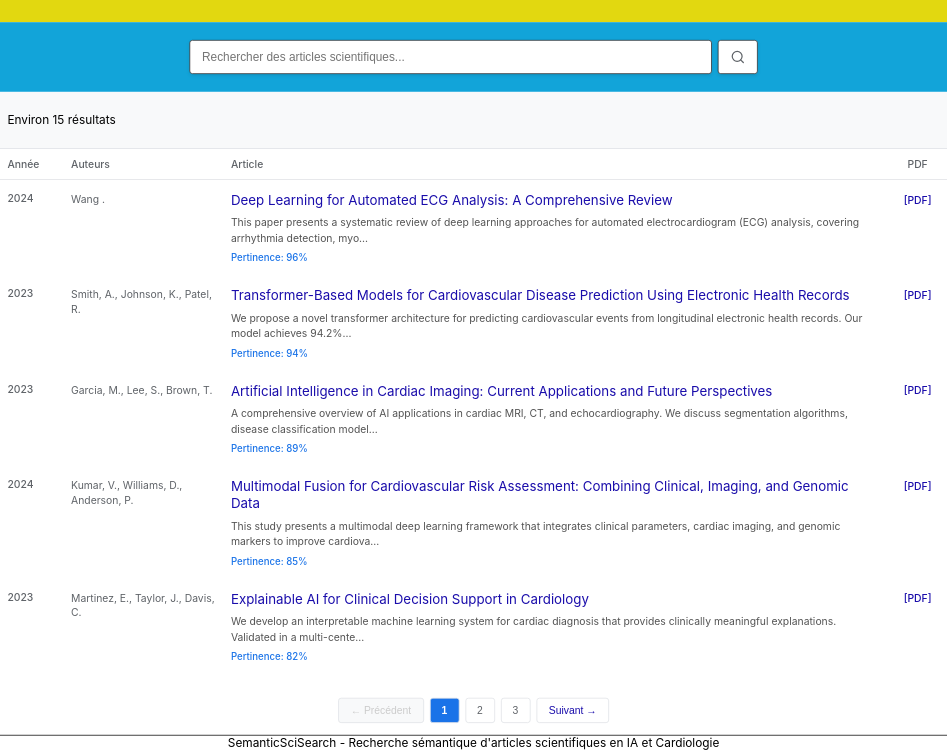
Repository: elh33/SemanticSciSearch
Page: / (app in frontend/)
These files come from the project's save history. The page is drawn as it stood at one moment and after the next save; the edit follows.
The browser window is 1280 px wide. The pictures show the whole page, at 74% of full size.
The project was rebuilt for these pictures with package versions that can differ from the ones it lists, and the page was loaded fresh each time.

Above is the page before, as saved 2025-11-22 01:09:06.

### frontend/index.html
<!DOCTYPE html>
<html lang="en">
  <head>
    <meta charset="UTF-8" />
    <meta name="viewport" content="width=device-width, initial-scale=1.0" />
    <title>SemanticSciSearch</title>
  </head>
  <body>
    <div id="root"></div>
    <script type="module" src="/src/index.tsx"></script>
  </body>
</html>

### frontend/src/index.tsx
import React from 'react';
import ReactDOM from 'react-dom';
import App from './App';
import './index.css';

ReactDOM.render(
  <React.StrictMode>
    <App />
  </React.StrictMode>,
  document.getElementById('root')
);

### frontend/src/App.tsx
import React from 'react';
// Importe le composant de recherche principal
import SearchResults from './components/SearchResults';

// Le composant App.tsx est le conteneur principal de l'application.
function App() {
  return (
    // Utilisation d'un fragment React (<>...</>) ou d'un <div> si tu as des styles globaux
    <>
      {/* Le composant SearchResults contient maintenant :
        - Le titre et le sous-titre de l'application.
        - La barre de recherche.
        - L'orchestration de la logique (appels à api.ts).
        - L'affichage de la liste des ArticleCard.
      */}
      <SearchResults />
    </>
  );
}

export default App;

### frontend/src/components/SearchResults.tsx
import React, { useState, useEffect } from 'react';
import { Article } from '../types';
import { searchArticles } from '../services/api';
import ArticleCard from './ArticleCard';

const SearchResults: React.FC = () => {
  const [query, setQuery] = useState('');
  const [searchedQuery, setSearchedQuery] = useState('');
  const [results, setResults] = useState<Article[]>([]);
  const [isLoading, setIsLoading] = useState(false);
  const [hasSearched, setHasSearched] = useState(false);
  const [currentPage, setCurrentPage] = useState(1);
  const ITEMS_PER_PAGE = 5;

  const handleSearch = async (searchQuery: string = query) => {
    setIsLoading(true);
    setHasSearched(true);
    setSearchedQuery(searchQuery);
    setCurrentPage(1); // Retour à la page 1 lors d'une nouvelle recherche

    try {
      const data = await searchArticles(searchQuery);
      const sortedData = [...data].sort((a, b) => b.score - a.score);
      setResults(sortedData);
    } catch (error) {
      console.error("Erreur lors de la recherche:", error);
      setResults([]);
    } finally {
      setIsLoading(false);
    }
  };

  useEffect(() => {
    handleSearch('');
  }, []);

  const handleSubmit = (e: React.FormEvent) => {
    e.preventDefault();
    handleSearch();
  };

  // Calculer les articles à afficher pour la page actuelle
  const indexOfLastItem = currentPage * ITEMS_PER_PAGE;
  const indexOfFirstItem = indexOfLastItem - ITEMS_PER_PAGE;
  const currentArticles = results.slice(indexOfFirstItem, indexOfLastItem);
  const totalPages = Math.ceil(results.length / ITEMS_PER_PAGE);

  const handlePageChange = (pageNumber: number) => {
    setCurrentPage(pageNumber);
    window.scrollTo({ top: 0, behavior: 'smooth' }); // Scroll vers le haut
  };

  return (
    <div className="min-h-screen bg-white">
      {/* BARRE JAUNE EN HAUT */}
      <div style={{ backgroundColor: '#e2d810', height: '30px' }} className="w-full"></div>

      {/* En-tête avec fond bleu - CENTRAGE SIMPLE */}
      <div style={{ backgroundColor: '#12a4d9' }} className="w-full sticky top-0 z-10 shadow-lg">
        <div style={{ display: 'flex', justifyContent: 'center', alignItems: 'center', padding: '24px 16px' }}>
          <form onSubmit={handleSubmit} style={{ display: 'flex', gap: '8px', width: '100%', maxWidth: '768px' }}>
            <input
              type="text"
              value={query}
              onChange={(e) => setQuery(e.target.value)}
              placeholder="Rechercher des articles scientifiques..."
              style={{
                flex: 1,
                padding: '12px 16px',
                fontSize: '16px',
                backgroundColor: 'white',
                borderRadius: '4px',
                boxShadow: '0 2px 5px rgba(0,0,0,0.1)',
                border: '1px solid #322e2f',
                outline: 'none'
              }}
            />

            <button
              type="submit"
              style={{
                padding: '12px 16px',
                backgroundColor: 'white',
                border: '1px solid #322e2f',
                borderRadius: '4px',
                cursor: 'pointer',
                boxShadow: '0 2px 5px rgba(0,0,0,0.1)',
                display: 'flex',
                alignItems: 'center',
                justifyContent: 'center'
              }}
              onMouseEnter={(e) => e.currentTarget.style.backgroundColor = '#f8f9fa'}
              onMouseLeave={(e) => e.currentTarget.style.backgroundColor = 'white'}
            >
              <svg
                width="20"
                height="20"
                viewBox="0 0 24 24"
                fill="none"
                stroke="#5f6368"
                strokeWidth="2"
                strokeLinecap="round"
                strokeLinejoin="round"
              >
                <circle cx="11" cy="11" r="8"></circle>
                <path d="m21 21-4.35-4.35"></path>
              </svg>
            </button>
          </form>
        </div>
      </div>

      {/* BARRE DE SÉPARATION avec nombre de résultats */}
      {hasSearched && !isLoading && (
        <div style={{
          borderBottom: '1px solid #dfe1e5',
          backgroundColor: '#f8f9fa',
          padding: '12px 0'
        }}>
          <div className="max-w-5xl mx-auto px-4" style={{ paddingLeft: '10px' }}>
            <p className="text-sm text-gray-600">
              Environ {results.length} résultat{results.length !== 1 ? 's' : ''}{searchedQuery && ` pour "${searchedQuery}"`}
            </p>
          </div>
        </div>
      )}

      {/* Contenu principal */}
      <div className="max-w-5xl mx-auto px-4 py-6">
        {isLoading && (
          <div className="flex items-center justify-center py-12">
            <div className="flex flex-col items-center gap-3">
              <div className="animate-spin rounded-full h-8 w-8 border-b-2 border-blue-600"></div>
              <p className="text-gray-600">Recherche en cours...</p>
            </div>
          </div>
        )}

        {!isLoading && (
          <div className="bg-white">
            {results.length > 0 ? (
              <>
                <div>
                  {/* En-tête du tableau */}
                  <div style={{
                    display: 'grid',
                    gridTemplateColumns: '80px 200px 1fr 80px',
                    gap: '16px',
                    padding: '12px 0',
                    borderBottom: '1px solid #dfe1e5',
                    fontWeight: '500',
                    fontSize: '14px',
                    color: '#5f6368'
                  }}>
                    <div style={{ paddingLeft: '10px' }}>Année</div>
                    <div>Auteurs</div>
                    <div>Article</div>
                    <div style={{ textAlign: 'center' }}>PDF</div>
                  </div>

                  {/* Articles de la page actuelle */}
                  {currentArticles.map((article) => (
                    <ArticleCard key={article.id} article={article} />
                  ))}
                </div>

                {/* Pagination */}
                {totalPages > 1 && (
                  <div style={{
                    display: 'flex',
                    justifyContent: 'center',
                    alignItems: 'center',
                    gap: '8px',
                    marginTop: '32px',
                    paddingBottom: '16px'
                  }}>
                    {/* Bouton Précédent */}
                    <button
                      onClick={() => handlePageChange(currentPage - 1)}
                      disabled={currentPage === 1}
                      style={{
                        padding: '8px 16px',
                        backgroundColor: currentPage === 1 ? '#f8f9fa' : 'white',
                        border: '1px solid #dfe1e5',
                        borderRadius: '4px',
                        cursor: currentPage === 1 ? 'not-allowed' : 'pointer',
                        color: currentPage === 1 ? '#ccc' : '#1a0dab',
                        fontSize: '14px',
                        fontWeight: '500'
                      }}
                    >
                      ← Précédent
                    </button>

                    {/* Numéros de pages */}
                    {Array.from({ length: totalPages }, (_, i) => i + 1).map((pageNumber) => (
                      <button
                        key={pageNumber}
                        onClick={() => handlePageChange(pageNumber)}
                        style={{
                          padding: '8px 12px',
                          backgroundColor: currentPage === pageNumber ? '#1a73e8' : 'white',
                          border: '1px solid #dfe1e5',
                          borderRadius: '4px',
                          cursor: 'pointer',
                          color: currentPage === pageNumber ? 'white' : '#5f6368',
                          fontSize: '14px',
                          fontWeight: currentPage === pageNumber ? '600' : '400',
                          minWidth: '40px'
                        }}
                      >
                        {pageNumber}
                      </button>
                    ))}

                    {/* Bouton Suivant */}
                    <button
                      onClick={() => handlePageChange(currentPage + 1)}
                      disabled={currentPage === totalPages}
                      style={{
                        padding: '8px 16px',
                        backgroundColor: currentPage === totalPages ? '#f8f9fa' : 'white',
                        border: '1px solid #dfe1e5',
                        borderRadius: '4px',
                        cursor: currentPage === totalPages ? 'not-allowed' : 'pointer',
                        color: currentPage === totalPages ? '#ccc' : '#1a0dab',
                        fontSize: '14px',
                        fontWeight: '500'
                      }}
                    >
                      Suivant →
                    </button>
                  </div>
                )}
              </>
            ) : (
              hasSearched && (
                <div className="text-center py-12">
                  <p className="text-gray-600 text-lg">
                    Aucun résultat trouvé{searchedQuery && ` pour "${searchedQuery}"`}
                  </p>
                  <p className="text-gray-500 text-sm mt-2">
                    Essayez avec d'autres mots-clés
                  </p>
                </div>
              )
            )}
          </div>
        )}
      </div>

      {/* Footer */}
      <footer className="mt-12 border-t border-gray-200 bg-gray-50">
        <div className="max-w-5xl mx-auto px-4 py-6 text-center text-sm text-gray-500">
          SemanticSciSearch - Recherche sémantique d'articles scientifiques en IA et Cardiologie
        </div>
      </footer>
    </div>
  );
};

export default SearchResults;

### frontend/src/services/api.ts
import { Article } from '../types';
import { MOCK_RESULTS } from '../data/mockData';
import axios from 'axios';

// 💡 INTERRUPTEUR : Passez à 'false' (ou commentez/supprimez) cette ligne
// UNIQUEMENT lorsque le Back-End FastAPI est prêt.
const USE_MOCK_DATA = true;

// URL de base lue depuis le .env pour le mode production
// Le .env doit contenir VITE_API_URL=http://localhost:8000
const API_BASE_URL = 'http://localhost:8000';

/**
 * Fonction principale de recherche d'articles.
 * Elle utilise soit les données mockées, soit l'API réelle.
 * @param query Le texte de la requête de l'utilisateur.
 * @returns Une promesse qui résout vers un tableau d'articles.
 */
export const searchArticles = async (query: string): Promise<Article[]> => {
  if (USE_MOCK_DATA) {
    // --- MODE MOCKÉ ---
    console.log(`[MOCK] Simulation de recherche pour: "${query}"`);

    // 1. Simuler le délai réseau (500ms) pour une meilleure expérience utilisateur
    await new Promise(resolve => setTimeout(resolve, 500));

    // 2. Simuler un filtre simple (recherche du mot-clé dans le titre)
    // S'il n'y a pas de requête (query vide), on renvoie tout.
    const lowerCaseQuery = query.toLowerCase();

    return MOCK_RESULTS.filter(article =>
        article.title.toLowerCase().includes(lowerCaseQuery) || lowerCaseQuery.length === 0
    );

  } else {
    // --- MODE PRODUCTION (Axios) ---
    console.log(`[AXIOS] Requête réelle vers: ${API_BASE_URL}/search pour: "${query}"`);

    try {
      // 1. Envoi de la requête POST à FastAPI
      const response = await axios.post(`${API_BASE_URL}/search`, { query });

      // 2. Retourne les données (TypeScript vérifie que c'est un tableau d'Articles)
      return response.data as Article[];

    } catch (error) {
      console.error("Erreur lors de l'appel à l'API de recherche:", error);
      // En cas d'échec de l'API, on renvoie un tableau vide
      return [];
    }
  }
};

### frontend/src/components/ArticleCard.tsx
import React from 'react';
import { Article } from '../types';

interface ArticleCardProps {
  article: Article;
}

const ArticleCard: React.FC<ArticleCardProps> = ({ article }) => {
  const scorePercent = (article.score * 100).toFixed(0);

  // Tronquer l'abstract aux 2 premières lignes (environ 150 caractères)
  const truncatedAbstract = article.abstract.length > 150
    ? article.abstract.substring(0, 150) + '...'
    : article.abstract;

  return (
    <div style={{
      display: 'grid',
      gridTemplateColumns: '80px 200px 1fr 80px',
      gap: '16px',
      padding: '16px 0',
      alignItems: 'start'
    }}>
      {/* Colonne 1: Année - avec padding-left */}
      <div style={{
        fontSize: '14px',
        color: '#5f6368',
        fontWeight: '500',
        paddingLeft: '10px'
      }}>
        {article.year}
      </div>

      {/* Colonne 2: Auteurs */}
      <div style={{
        fontSize: '14px',
        color: '#5f6368',
        lineHeight: '1.4'
      }}>
        {article.authors}
      </div>

      {/* Colonne 3: Article (Titre + Abstract + Pertinence) */}
      <div>
        {/* Titre cliquable en bleu */}
        <h3 style={{ margin: '0 0 8px 0' }}>
          <a
            href={article.url}
            target="_blank"
            rel="noopener noreferrer"
            style={{
              color: '#1a0dab',
              fontSize: '18px',
              textDecoration: 'none',
              fontWeight: '400'
            }}
            onMouseEnter={(e) => e.currentTarget.style.textDecoration = 'underline'}
            onMouseLeave={(e) => e.currentTarget.style.textDecoration = 'none'}
          >
            {article.title}
          </a>
        </h3>

        {/* Abstract tronqué */}
        <p style={{
          margin: '0 0 8px 0',
          fontSize: '14px',
          color: '#545454',
          lineHeight: '1.5'
        }}>
          {truncatedAbstract}
        </p>

        {/* Pertinence en bleu */}
        <div style={{
          fontSize: '13px',
          color: '#1a73e8',
          fontWeight: '500'
        }}>
          Pertinence: {scorePercent}%
        </div>
      </div>

      {/* Colonne 4: Lien PDF */}
      <div style={{ textAlign: 'center' }}>
        <a
          href={article.url}
          target="_blank"
          rel="noopener noreferrer"
          style={{
            color: '#1a0dab',
            fontSize: '14px',
            textDecoration: 'none',
            fontWeight: '500'
          }}
          onMouseEnter={(e) => e.currentTarget.style.textDecoration = 'underline'}
          onMouseLeave={(e) => e.currentTarget.style.textDecoration = 'none'}
        >
          [PDF]
        </a>
      </div>
    </div>
  );
};

export default ArticleCard;

### frontend/src/data/mockData.ts
import { Article } from '../types';

export const MOCK_RESULTS: Article[] = [
  {
    id: '1',
    title: 'Deep Learning for Automated ECG Analysis: A Comprehensive Review',
    abstract: "This paper presents a systematic review of deep learning approaches for automated electrocardiogram (ECG) analysis, covering arrhythmia detection, myocardial infarction diagnosis, and heart rate variability assessment. We analyze over 150 studies published between 2015 and 2024.",
    authors: "Wang .",
    year: 2024,
    score: 0.96,
    url: 'https://arxiv.org/pdf/2301.04634'
  },
  {
    id: '2',
    title: 'Transformer-Based Models for Cardiovascular Disease Prediction Using Electronic Health Records',
    abstract: "We propose a novel transformer architecture for predicting cardiovascular events from longitudinal electronic health records. Our model achieves 94.2% AUC on a dataset of 500,000 patients.",
    authors: "Smith, A., Johnson, K., Patel, R.",
    year: 2023,
    score: 0.94,
    url: 'https://arxiv.org/pdf/2305.12987'
  },
  {
    id: '3',
    title: 'Artificial Intelligence in Cardiac Imaging: Current Applications and Future Perspectives',
    abstract: "A comprehensive overview of AI applications in cardiac MRI, CT, and echocardiography. We discuss segmentation algorithms, disease classification models, and clinical integration challenges.",
    authors: "Garcia, M., Lee, S., Brown, T.",
    year: 2023,
    score: 0.89,
    url: 'https://arxiv.org/pdf/2203.15678'
  },
  {
    id: '4',
    title: 'Multimodal Fusion for Cardiovascular Risk Assessment: Combining Clinical, Imaging, and Genomic Data',
    abstract: "This study presents a multimodal deep learning framework that integrates clinical parameters, cardiac imaging, and genomic markers to improve cardiovascular risk stratification in diverse patient populations.",
    authors: "Kumar, V., Williams, D., Anderson, P.",
    year: 2024,
    score: 0.85,
    url: '/documents/multimodal-cardio-risk.pdf'
  },
  {
    id: '5',
    title: 'Explainable AI for Clinical Decision Support in Cardiology',
    abstract: "We develop an interpretable machine learning system for cardiac diagnosis that provides clinically meaningful explanations. Validated in a multi-center trial with 12 hospitals.",
    authors: "Martinez, E., Taylor, J., Davis, C.",
    year: 2023,
    score: 0.82,
    url: 'https://arxiv.org/pdf/2511.13703.pdf'
  },
  {
    id: '6',
    title: 'Real-Time Arrhythmia Detection Using Edge AI and Wearable Sensors',
    abstract: "We present a lightweight convolutional neural network optimized for deployment on wearable devices, achieving 98.5% accuracy for atrial fibrillation detection with <100ms latency.",
    authors: "Li, X., Zhang, Y., Wilson, M.",
    year: 2024,
    score: 0.78,
    url: '/documents/edge-ai-arrhythmia.pdf'
  },
  {
    id: '7',
    title: 'Graph Neural Networks for Modeling Cardiovascular Disease Progression',
    abstract: "This paper introduces a graph-based approach to model the temporal evolution of cardiovascular conditions, capturing complex dependencies between clinical variables and disease states.",
    authors: "Rodriguez, A., Kim, H., Thompson, R.",
    year: 2023,
    score: 0.75,
    url: 'https://arxiv.org/pdf/2204.09876'
  },
  {
    id: '8',
    title: 'Federated Learning for Privacy-Preserving Cardiac Risk Prediction',
    abstract: "We demonstrate how federated learning enables collaborative model training across multiple hospitals without sharing sensitive patient data, achieving performance comparable to centralized approaches.",
    authors: "Chen, W., Moore, J., White, L.",
    year: 2022,
    score: 0.71,
    url: '/documents/federated-cardiac.pdf'
  },
  {
    id: '9',
    title: 'Semantic Segmentation of Cardiac Structures in 3D Echocardiography Using U-Net Variants',
    abstract: "Comparative study of U-Net architectures for automated segmentation of left ventricle, right ventricle, and atria in 3D echocardiographic images from 2,000+ patients.",
    authors: "Nguyen, T., Jackson, K., Harris, B.",
    year: 2023,
    score: 0.67,
    url: '/documents/3d-echo-segmentation.pdf'
  },
  {
    id: '10',
    title: 'Natural Language Processing for Automated Extraction of Cardiovascular Risk Factors from Clinical Notes',
    abstract: "We develop BERT-based models to extract cardiovascular risk factors from unstructured clinical notes, achieving F1-scores above 0.90 for key entities like hypertension, diabetes, and smoking status.",
    authors: "Park, S., Miller, D., Clark, E.",
    year: 2024,
    score: 0.64,
    url: 'https://arxiv.org/pdf/2302.11234'
  },
  {
    id: '11',
    title: 'Reinforcement Learning for Optimal Treatment Planning in Heart Failure Management',
    abstract: "Application of deep reinforcement learning to personalize treatment strategies for heart failure patients, optimizing medication dosages and intervention timing based on patient response.",
    authors: "Ahmed, R., Lewis, G., Young, N.",
    year: 2022,
    score: 0.58,
    url: '/documents/rl-heart-failure.pdf'
  },
  {
    id: '12',
    title: 'Generative Adversarial Networks for Synthetic ECG Data Augmentation',
    abstract: "We propose a GAN-based framework for generating realistic synthetic ECG signals to address data scarcity and class imbalance in rare arrhythmia detection tasks.",
    authors: "Hoffman, P., Scott, A., King, V.",
    year: 2023,
    score: 0.52,
    url: '/documents/gan-ecg-augmentation.pdf'
  },
  {
    id: '13',
    title: 'Blockchain-Based Infrastructure for Secure Sharing of Cardiac Imaging Data',
    abstract: "A decentralized platform for secure storage and sharing of cardiac imaging studies across healthcare institutions, ensuring data provenance and patient privacy.",
    authors: "Green, T., Adams, F., Wright, M.",
    year: 2022,
    score: 0.45,
    url: '/documents/blockchain-cardiac-imaging.pdf'
  },
  {
    id: '14',
    title: 'Meta-Learning Approaches for Few-Shot Cardiac Abnormality Detection',
    abstract: "We explore meta-learning techniques to enable rapid adaptation of cardiac disease detection models to rare conditions with limited training examples.",
    authors: "Baker, L., Turner, S., Phillips, O.",
    year: 2023,
    score: 0.38,
    url: '/documents/meta-learning-cardiac.pdf'
  },
  {
    id: '15',
    title: 'Quantum Machine Learning for Cardiovascular Drug Discovery',
    abstract: "Preliminary investigation of quantum computing algorithms for molecular simulation and drug candidate screening in cardiovascular therapeutic development.",
    authors: "Collins, R., Morris, J., Cooper, W.",
    year: 2024,
    score: 0.22,
    url: '/documents/quantum-ml-cardio.pdf'
  }
];

Loaded but not shown: frontend/src/index.css (common file)

After the next save:
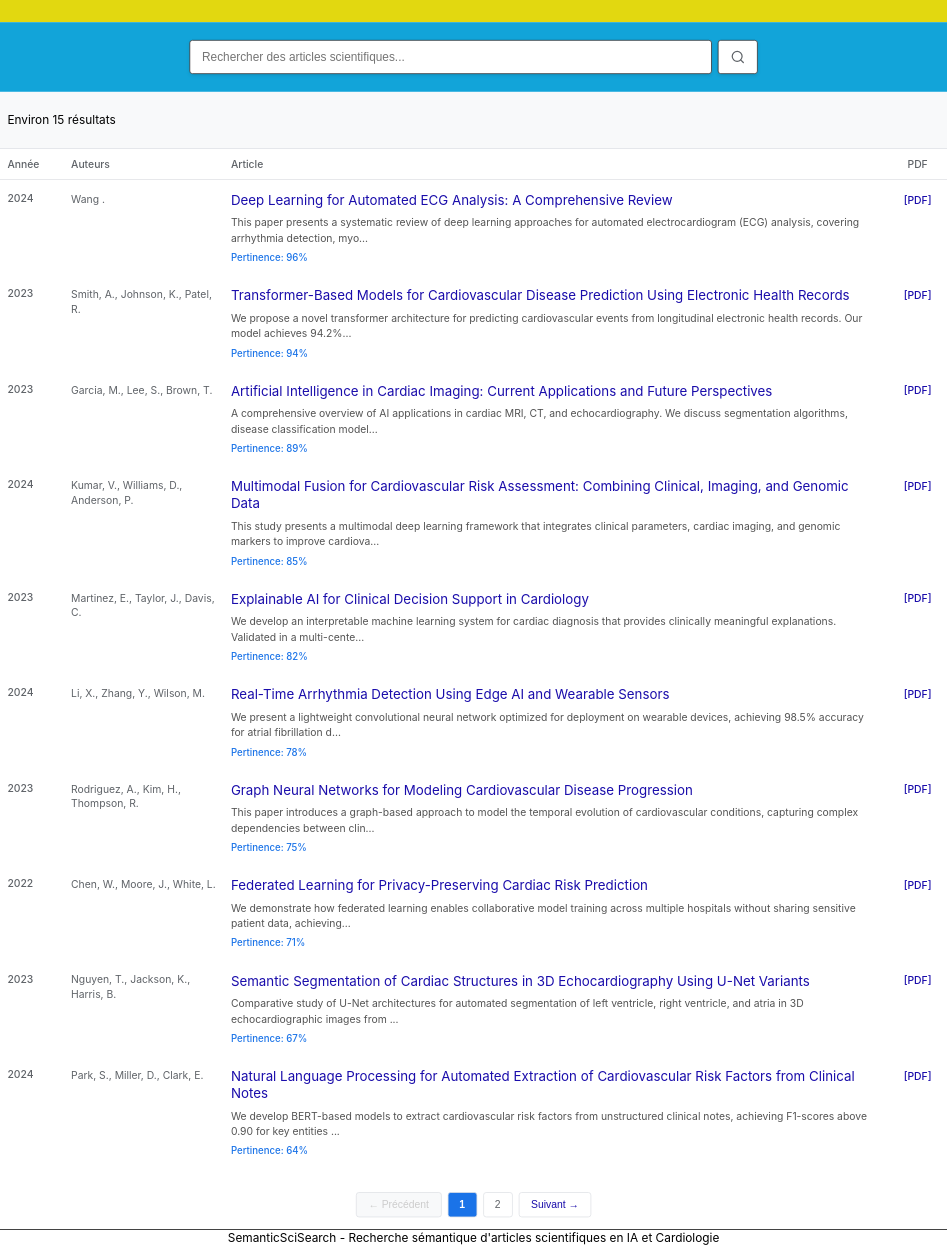
Saved 4 min 46 s later.
--- a/frontend/src/components/SearchResults.tsx
+++ b/frontend/src/components/SearchResults.tsx
@@ -10,7 +10,7 @@ const SearchResults: React.FC = () => {
   const [isLoading, setIsLoading] = useState(false);
   const [hasSearched, setHasSearched] = useState(false);
   const [currentPage, setCurrentPage] = useState(1);
-  const ITEMS_PER_PAGE = 5;
+  const ITEMS_PER_PAGE = 10;
 
   const handleSearch = async (searchQuery: string = query) => {
     setIsLoading(true);
